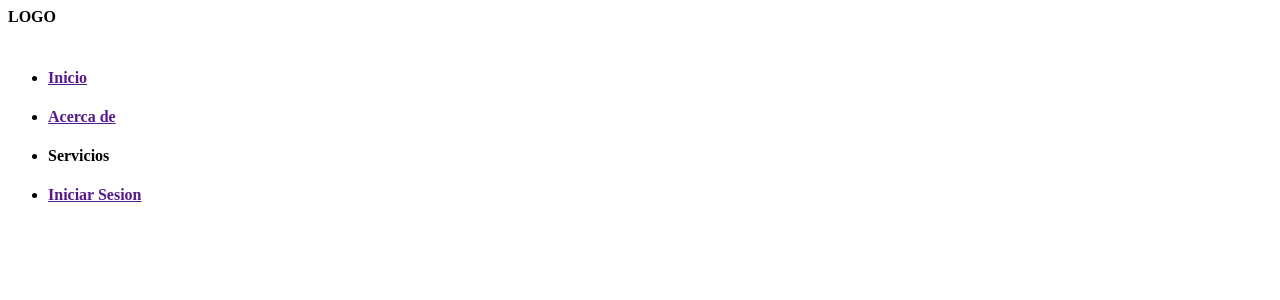
Repository: Rafa-x64/App-de-Tareas-con-AJAX
Page: http://localhost/DEV/src/php/includes/header.php
These files come from the project's save history. The page is drawn as it stood at one moment and after a run of saves; the edit follows.
The browser window is 1280 px wide. The pictures show the whole page.
The page is run by PHP 8.4 with error messages shown; the project is at /var/www/html/.

Above is the page before, as saved 2025-08-23 19:31:15.

### src/php/includes/header.php
<header class="container-fluid">
    <div class="row d-flex flex-row justify-content-center">
        <div class="col-6 d-flex flex-row justify-content-start align-items-center ps-2">
            <h4>LOGO</h4>
            <img src="" alt="" class="img-fluid ms-2">
        </div>
        <div class="col-6 d-flex justify-content-between align-items-center py-2">
            <ul class="list-group list-group-horizontal w-100 m-0 p-0">
                <li class="list-group-item border-0 flex-fill text-center">
                    <a href="">
                        <h4>Inicio</h4>
                    </a>
                </li>
                <li class="list-group-item border-0 flex-fill text-center">
                    <a href="">
                        <h4>Acerca de</h4>
                    </a>
                </li>
                <li class="list-group-item border-0 flex-fill text-center">
                    <h4>Servicios</h4>
                </li>
                <li class="list-group-item border-0 flex-fill text-center">
                    <a href="">
                        <h4>Iniciar Sesion</h4>
                    </a>
                </li>
            </ul>
        </div>
    </div>
</header>

After the next 2 saves:
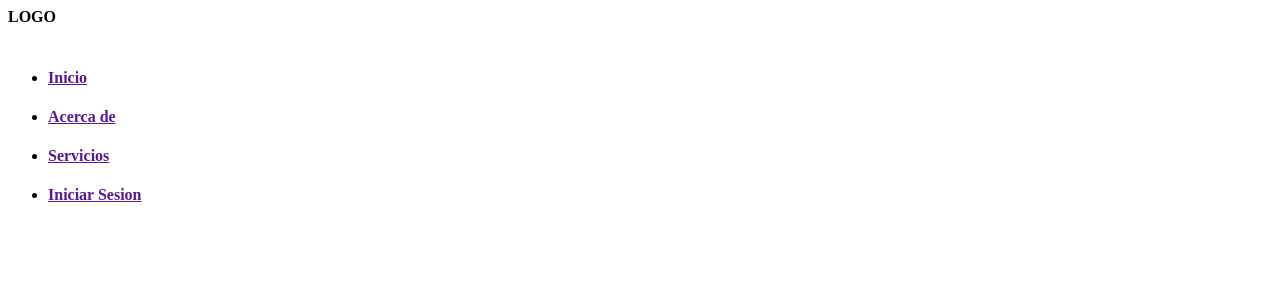
The 2 saves are shown as one change because they came seconds apart.
The last was saved 10 s later.
--- a/src/php/includes/header.php
+++ b/src/php/includes/header.php
@@ -17,7 +17,9 @@
                     </a>
                 </li>
                 <li class="list-group-item border-0 flex-fill text-center">
-                    <h4>Servicios</h4>
+                    <a href="">
+                        <h4>Servicios</h4>
+                    </a>
                 </li>
                 <li class="list-group-item border-0 flex-fill text-center">
                     <a href="">
